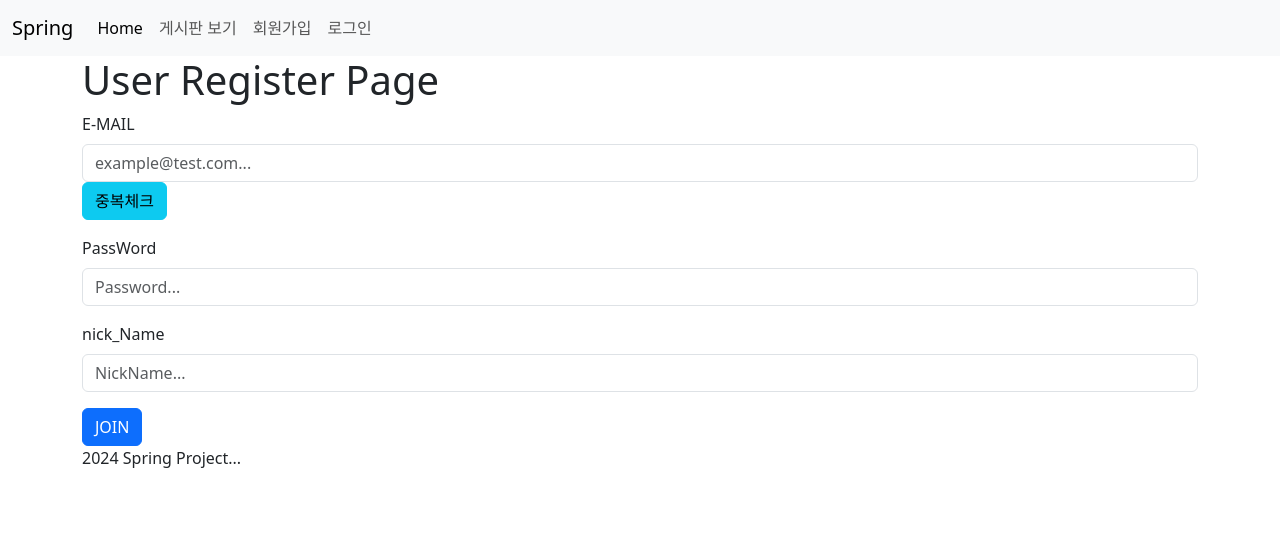
Repository: ehdwo13/ezen
Page: http://localhost/spring_test2/WEB-INF/views/user/register.jsp
An editor plug-in stored every save of this project. The page is shown before and after the next save, followed by the edit.
The browser window is 1280 px wide. The pictures show the whole page.
The page is served by Tomcat 9. Nobody is signed in. Other server files are loaded and not shown. The template is opened directly, without the code that normally fills it, so the values that code supplies are empty.

Above is the page before, as saved 2024-05-09 02:34:48.
Console error: TypeError: Cannot read properties of null (reading 'addEventListener')

### 240501_SPRING/spring_test2/src/main/webapp/WEB-INF/views/user/register.jsp
<%@ page language="java" contentType="text/html; charset=UTF-8"
    pageEncoding="UTF-8"%>
<%@taglib uri="http://www.springframework.org/security/tags" prefix="sec"%>
<jsp:include page="../layout/header.jsp" />
<div class="container-md">
		<h1>User Register Page</h1>
		<form action="/user/register" method="post">
		<div class="mb-3">
	  		<label for="e" class="form-label">E-MAIL</label>
	  		<input type="email" class="form-control" name="email" id="e" placeholder="example@test.com...">
			<button type="button" class="btn btn-info">중복체크</button>
		</div>
		<div class="mb-3">
	  		<label for="p" class="form-label">PassWord</label>
	  		<input type="password" class="form-control" name="pwd" id="p" placeholder="Password...">
		</div>
		<div class="mb-3">
	  		<label for="n" class="form-label">nick_Name</label>
	  		<input type="text" class="form-control" name="nickName" id="n" placeholder="NickName...">
		</div>
		<button type="submit" class="btn btn-primary">JOIN</button>
	</form>
</div>
<script type="text/javascript" src="/resources/js/userRegister.js"></script>
<jsp:include page="../layout/footer.jsp" />

### 240501_SPRING/spring_test2/src/main/webapp/WEB-INF/views/layout/header.jsp
<%@ page language="java" contentType="text/html; charset=UTF-8"
    pageEncoding="UTF-8"%>
<%@taglib uri="http://java.sun.com/jsp/jstl/core" prefix="c" %>
<%@taglib uri="http://www.springframework.org/security/tags" prefix="sec" %>
<!DOCTYPE html>
<html>
<head>
<meta charset="UTF-8">
<title>header.jsp</title>
<link href="/resources/css/bootstrap.min.css" rel="stylesheet">
<script src="/resources/js/bootstrap.bundle.min.js"></script>
</head>
<body>
<nav class="navbar navbar-expand-lg bg-body-tertiary">
  <div class="container-fluid">
    <a class="navbar-brand" href="/">Spring</a>
    <button class="navbar-toggler" type="button" data-bs-toggle="collapse" data-bs-target="#navbarSupportedContent" aria-controls="navbarSupportedContent" aria-expanded="false" aria-label="Toggle navigation">
      <span class="navbar-toggler-icon"></span>
    </button>
    <div class="collapse navbar-collapse" id="navbarSupportedContent">
      <ul class="navbar-nav me-auto mb-2 mb-lg-0">
        <li class="nav-item">
          <a class="nav-link active" aria-current="page" href="/">Home</a>
        </li>
        <li class="nav-item">
          <a class="nav-link" href="/board/list">게시판 보기</a>
        </li>
        <sec:authorize access="isAnonymous()">
        <li class="nav-item">
          <a class="nav-link" href="/user/register">회원가입</a>
        </li>
        <li class="nav-item">
          <a class="nav-link" href="/user/login">로그인</a>
        </li>
        </sec:authorize>
        <!-- access의 권한이 있는지 확인 -->
        <!-- 현재 사용자의 정보 : principal -->
        <sec:authorize access="isAuthenticated()">
        <sec:authentication property="principal.uvo.email" var="authEmail"/>
        <sec:authentication property="principal.uvo.nickName" var="authNick"/>
        <sec:authentication property="principal.uvo.authList" var="auths"/>
        <sec:authentication property="principal.uvo.lastLogin" var="time"/>
        <li class="nav-item">
          <a class="nav-link" href="/board/register">게시판 글쓰기</a>
        </li>
        <c:choose>
        	<c:when test="${auths.stream().anyMatch(authVO -> authVO.auth.equals('ROLE_ADMIN')).get() }">
		        <li class="nav-item">
		          <a class="nav-link" href="/user/list">회원리스트 ${authNick }(${authEmail } / ADMIN)</a>
		        </li>
        	</c:when>
        	<c:otherwise>
		        <li class="nav-item">
		          <a class="nav-link" href="/user/modify">회원정보수정 ${authNick } lastLogin : ${time }</a>
		        </li>
        	</c:otherwise>
        </c:choose>
        <li class="nav-item">
          <a class="nav-link" href="" id="logoutLink">로그아웃</a>
        </li>
        <form action="/user/logout" method="post" id="logoutForm">
        	<input type="hidden" name="email" value="${authEmail }">
        </form>
        </sec:authorize>

  	  </ul>
    </div>
  </div>
</nav>
<script type="text/javascript">
	document.getElementById('logoutLink').addEventListener('click', (e)=>{
		e.preventDefault();
    	document.getElementById('logoutForm').submit();
	})
</script>

### 240501_SPRING/spring_test2/src/main/webapp/WEB-INF/views/layout/footer.jsp
<%@ page language="java" contentType="text/html; charset=UTF-8"
    pageEncoding="UTF-8"%>
<div class="container-md">
	2024 Spring Project...
</div>

</body>
</html>

### 240501_SPRING/spring_test2/src/main/webapp/resources/js/userRegister.js
document.getElementById('checkEmail').addEventListener('click', async () => {
    let email = document.getElementById('e').value;
    console.log(email);
    checkEmail(email).then(result=>{
        console.log(result);
        if (result == "1") {
            alert('중복된 이메일 입니다. 다시 입력해주세요.');
            document.getElementById('e').value = "";
        } else {
            alert('사용 가능한 이메일 입니다.');
        }
    })
});

async function checkEmail(email) {
    try {
        const url = "/user/check";
        const config = {
            method: "POST",
            body: email
        };
        const resp = await fetch(url, config);
        const result = await resp.json();
        return result;
    } catch (error) {
        console.log(error);
    }
}

Loaded but not shown: 240501_SPRING/spring_test2/src/main/webapp/resources/css/bootstrap.min.css (library); 240501_SPRING/spring_test2/src/main/webapp/resources/js/bootstrap.bundle.min.js (library)

After the next save:
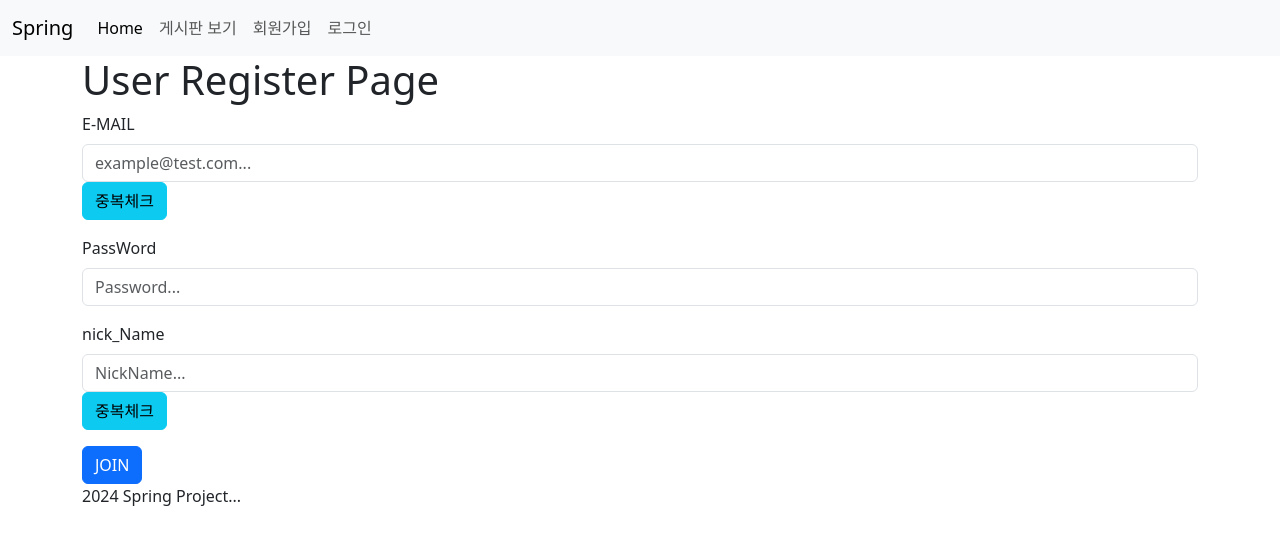
Saved 18 s later.
--- a/240501_SPRING/spring_test2/src/main/webapp/WEB-INF/views/user/register.jsp
+++ b/240501_SPRING/spring_test2/src/main/webapp/WEB-INF/views/user/register.jsp
@@ -17,6 +17,7 @@
 		<div class="mb-3">
 	  		<label for="n" class="form-label">nick_Name</label>
 	  		<input type="text" class="form-control" name="nickName" id="n" placeholder="NickName...">
+	  		<button type="button" class="btn btn-info">중복체크</button>
 		</div>
 		<button type="submit" class="btn btn-primary">JOIN</button>
 	</form>
